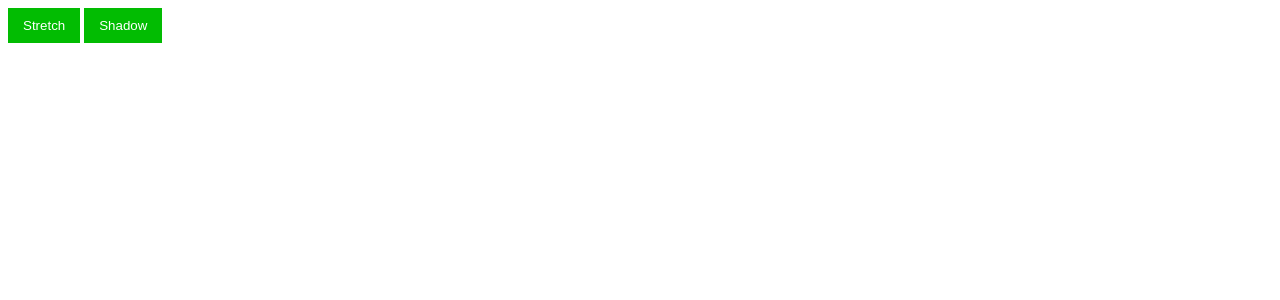
Repository: Kurumilli/Youtube
Page: 4i.html
These files come from the project's save history. The page is drawn as it stood at one moment and after the next save; the edit follows.
The browser window is 1280 px wide. The pictures show the whole page.

Above is the page before, as saved 2025-01-29 19:59:36.

### 4i.html
<style>
.stretch{
padding-top: 10px;
padding-bottom: 10px;
padding-left: 15px;
padding-right: 15px;
border-radius: 0;
border: none;
color: white;
background-color: rgb(2, 188, 2);
cursor: pointer;
transition: padding-top 1s,
padding-bottom 1s,
padding-left 1s,
padding-right 1s;
}

.stretch:hover{
    padding-top: 18px;
    padding-bottom: 18px;
    padding-left: 36px;
    padding-right: 36px;
}

.shadow{
    padding-top: 10px;
padding-bottom: 10px;
padding-left: 15px;
padding-right: 15px;
border-radius: 0;
border: none;
color: white;
background-color: rgb(2, 188, 2);
}
</style>


<button class="stretch">Stretch</button>
<button class="shadow">Shadow</button>

After the next save:
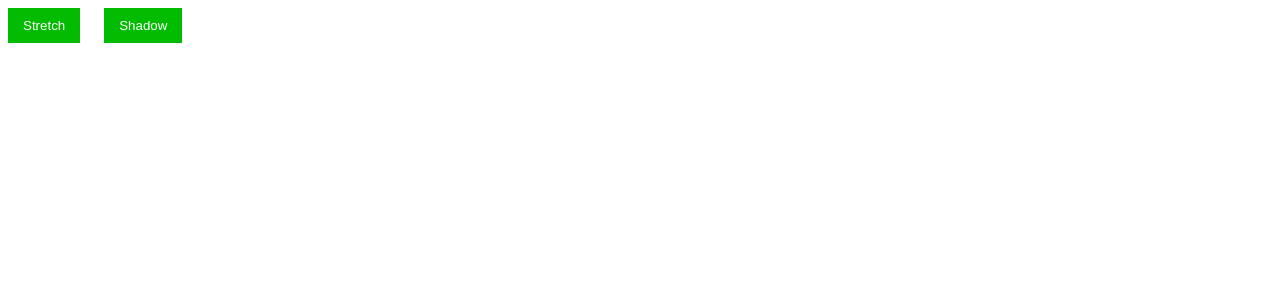
Saved 23 s later.
--- a/4i.html
+++ b/4i.html
@@ -23,7 +23,8 @@ padding-right 1s;
 }
 
 .shadow{
-    padding-top: 10px;
+    margin-left: 20px;
+padding-top: 10px;
 padding-bottom: 10px;
 padding-left: 15px;
 padding-right: 15px;
